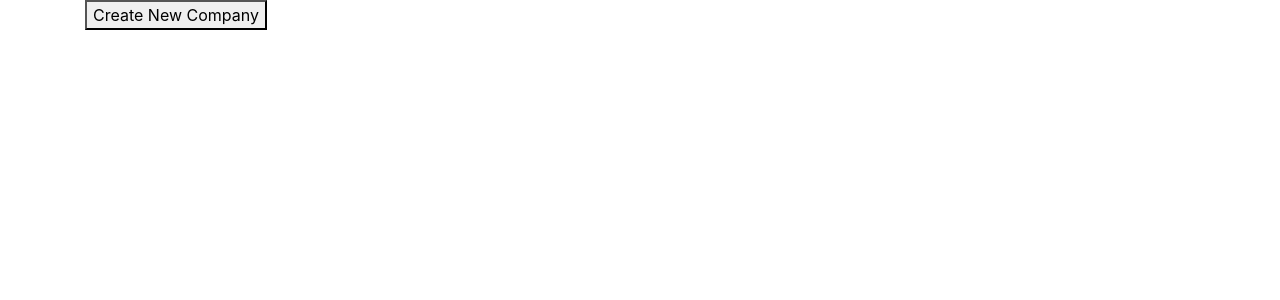
Repository: motiejus1/16-paskaita-PHP-05.31
Page: http://localhost/companies.php
These files come from the project's save history. The page is drawn as it stood at one moment and after the next save; the edit follows.
The browser window is 1280 px wide. The pictures show the whole page.
Some web libraries are served in a nearby version. The page is run by PHP 8.4 with error messages shown; the project is at /var/www/html/. Queries for data that is not in the repository find no rows.

Above is the page before, as saved 2021-09-09 20:52:22.

### companies.php
<?php require_once("connection.php"); ?>

<!DOCTYPE html>
<html lang="lt">
<head>
    <meta charset="UTF-8">
    <meta http-equiv="X-UA-Compatible" content="IE=edge">
    <meta name="viewport" content="width=device-width, initial-scale=1.0">
    <title>Companies</title>

    <?php require_once("includes.php"); ?>

</head>
<body>
    <div class="container">

        <?php
        //sukurti mygtuka, kuris iskleistu imoniu pridejimo forma ir ta forma naudodama AJAX pridetu nauja imone
        //bei ja parodytu lenteleje
        ?>


        <div id="alert-space">

        </div>

        <button id="company_create">Create New Company</button>

        <div class="companyForm d-none">
            <input  id="pavadinimas" class="form-control" placeholder="Įveskite pavadinimą" />
            <input id="aprasymas" class="form-control" placeholder="Įveskite aprašymą" />
            <input id="tipas_id" class="form-control" placeholder="Įveskita tipo ID" />

            <button id="createCompany">Create</button>
        </div>

        <div id="output">
            <table class="table table-striped">
                <?php

                $sql = "SELECT imones.ID, imones.pavadinimas AS imones_pavadinimas, imones.aprasymas AS imones_aprasymas, imones_tipas.pavadinimas AS imones_tipas_pavadinimas, imones_tipas.aprasymas AS imones_tipas_aprasymas
                FROM `imones`
                LEFT JOIN imones_tipas ON imones.tipas_ID = imones_tipas.ID
                WHERE 1
                ORDER BY imones.ID DESC";

                $result = $conn->query($sql);

                while($companies = mysqli_fetch_array($result)) {
                    echo "<tr>";
                        echo "<td>".$companies["ID"]."</td>";
                        echo "<td>".$companies["imones_pavadinimas"]."</td>";
                        echo "<td>".$companies["imones_aprasymas"]."</td>";
                        echo "<td>".$companies["imones_tipas_pavadinimas"]."</td>";
                        echo "<td>".$companies["imones_tipas_aprasymas"]."</td>";
                        echo "<td>";
                            "<button></button>";
                        echo "</td>";

                    echo "</tr>";
                }

                ?>

            </table>
        </div>
    </div>


    <script src="script1.js"></script>
</body>
</html>

### connection.php
<?php

$database_server = 'localhost';
$database_username = 'root';
$database_password = '';
$database_name = 'klientuvaldymosistema';

// Create connection using mysqli_connect()
$conn = mysqli_connect($database_server, $database_username, $database_password, $database_name);

// If $conn is false, connection is failed
if (!$conn ) {
  die("Failed to connect to MySQL: " . mysqli_connect_error());
}

mysqli_set_charset($conn,"utf8");
// else {
    // echo "Prisijungimas ivyko sekmingai";
// }

?>

### includes.php
<?php

//Mums prireike biblioteku, ir mes jau susikurem 25 puslapius
echo '


<link rel="stylesheet" href="https://maxcdn.bootstrapcdn.com/bootstrap/4.0.0/css/bootstrap.min.css" integrity="sha384-Gn5384xqQ1aoWXA+058RXPxPg6fy4IWvTNh0E263XmFcJlSAwiGgFAW/dAiS6JXm" crossorigin="anonymous">
<script src="https://code.jquery.com/jquery-3.2.1.min.js"></script>
<script src="https://cdnjs.cloudflare.com/ajax/libs/popper.js/1.12.9/umd/popper.min.js" integrity="sha384-ApNbgh9B+Y1QKtv3Rn7W3mgPxhU9K/ScQsAP7hUibX39j7fakFPskvXusvfa0b4Q" crossorigin="anonymous"></script>
<script src="https://maxcdn.bootstrapcdn.com/bootstrap/4.0.0/js/bootstrap.min.js" integrity="sha384-JZR6Spejh4U02d8jOt6vLEHfe/JQGiRRSQQxSfFWpi1MquVdAyjUar5+76PVCmYl" crossorigin="anonymous"></script>

';
?>

### script1.js
"use strict";

//Kompanijoms

function showCompanies() {
    var xhttp = new XMLHttpRequest(); //objektas

    xhttp.onreadystatechange = function() {
        if(this.readyState == 4 && this.status == 200) {
            document.querySelector("#output").innerHTML = this.responseText; //
        }
    };

    xhttp.open("POST", "actionCompanies.php", true);
    xhttp.send();
}


document.querySelector("#company_create").addEventListener("click", function() {
    //pasirinkti elementa kuri norime slepti/parodyti
    //uzteti funkcija togle, kur mums uzdeda/prideda "d-none" klase

    var companyForm = document.querySelector(".companyForm");
    companyForm.classList.toggle("d-none");

});

document.querySelector("#createCompany").addEventListener("click", function() {
    var pavadinimas = document.querySelector("#pavadinimas").value;
    var aprasymas = document.querySelector("#aprasymas").value;
    var tipas_id = document.querySelector("#tipas_id").value;

    var xhttp = new XMLHttpRequest(); //objektas

    xhttp.onreadystatechange = function() {
        if(this.readyState == 4 && this.status == 200) {
            document.querySelector("#alert-space").innerHTML = this.responseText; //
        }
    };

    xhttp.open("GET", "addCompany.php?pavadinimas=" + pavadinimas + "&aprasymas=" + aprasymas + "&tipas_id=" + tipas_id, true);
    xhttp.send();

    showCompanies();
});

After the next save:
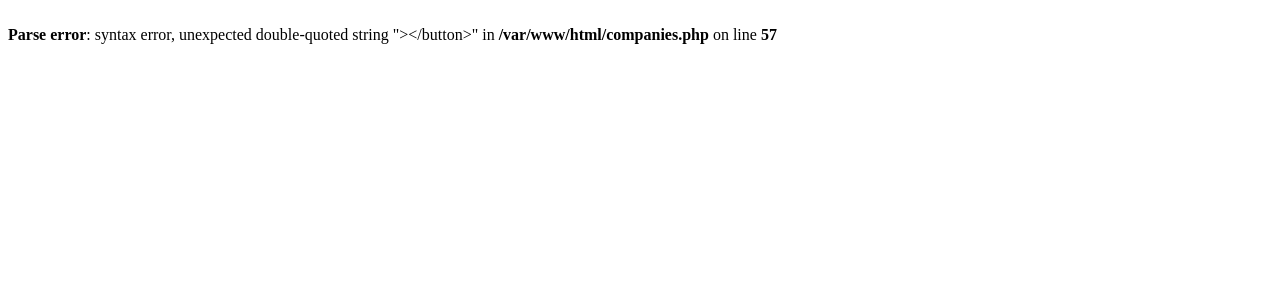
Saved 10 s later.
--- a/companies.php
+++ b/companies.php
@@ -54,7 +54,7 @@
                         echo "<td>".$companies["imones_tipas_pavadinimas"]."</td>";
                         echo "<td>".$companies["imones_tipas_aprasymas"]."</td>";
                         echo "<td>";
-                            "<button></button>";
+                            "<button class=""></button>";
                         echo "</td>";
 
                     echo "</tr>";

After the 2 saves that followed:
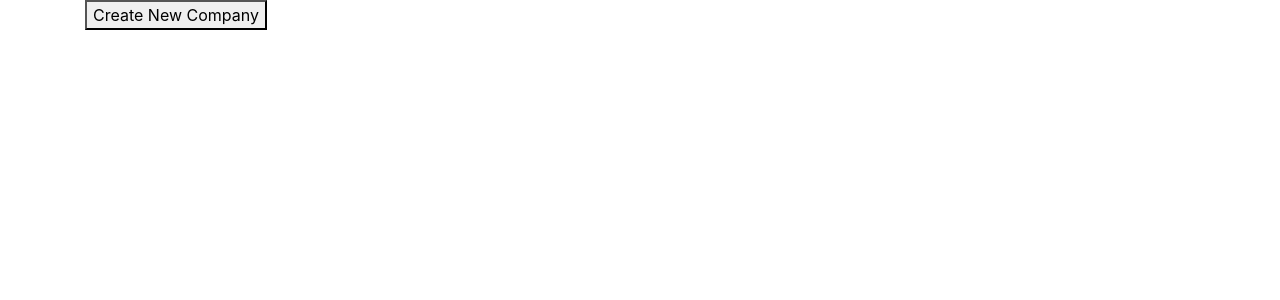
The 2 saves are shown as one change because they came seconds apart.
The last was saved 28 s later.
--- a/companies.php
+++ b/companies.php
@@ -54,7 +54,7 @@
                         echo "<td>".$companies["imones_tipas_pavadinimas"]."</td>";
                         echo "<td>".$companies["imones_tipas_aprasymas"]."</td>";
                         echo "<td>";
-                            "<button class=""></button>";
+                            "<button class='de'></button>";
                         echo "</td>";
 
                     echo "</tr>";
